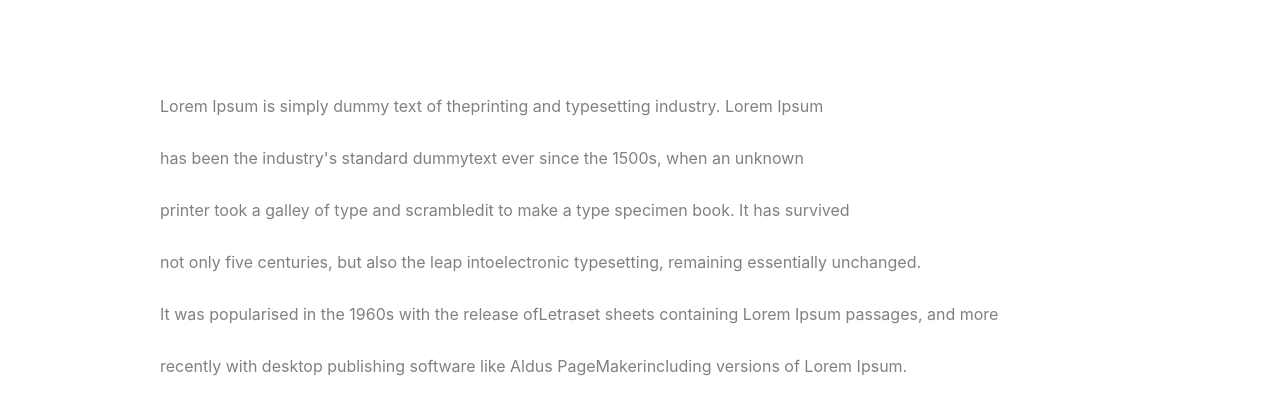
Repository: eg7eg7/Text-Play
Page: /
An editor plug-in stored every save of this project. The page is shown before and after the next save, followed by the edit.
The browser window is 1280 px wide. The pictures show the whole page.
The project was rebuilt for these pictures with package versions that can differ from the ones it lists, and the page was loaded fresh each time.

Above is the page before, as saved 2021-01-11 23:17:22.

### src/index.tsx
import React from 'react';
import ReactDOM from 'react-dom';
import './index.css';
import { TextPlay } from './TextPlay';
import reportWebVitals from './reportWebVitals';

ReactDOM.render(
  <React.StrictMode>
    <TextPlay />
  </React.StrictMode>,
  document.getElementById('root')
);

// If you want to start measuring performance in your app, pass a function
// to log results (for example: reportWebVitals(console.log))
// or send to an analytics endpoint. Learn more: https://bit.ly/CRA-vitals
reportWebVitals();

### src/TextPlay.tsx
import React, { Component } from 'react';
import './TextPlay.css';
type TextState = {
    text: Map<string, number>
    textState: number;
    defaultState: number;
}
export class TextPlay extends Component<{}, TextState> {
    tick() {
        const textMap = new Map();
        textMap.set("Lorem Ipsum is simply dummy text of the", 1);
        textMap.set("printing and typesetting industry. Lorem Ipsum", 2);
        textMap.set("has been the industry's standard dummy ", 3);
        textMap.set("text ever since the 1500s, when an unknown ", 4);
        textMap.set("printer took a galley of type and scrambled ", 1);
        textMap.set("it to make a type specimen book. It has survived", 1);
        textMap.set("not only five centuries, but also the leap into ", 3);
        textMap.set("electronic typesetting, remaining essentially unchanged. ", 1);
        textMap.set("It was popularised in the 1960s with the release of ", 3);
        textMap.set("Letraset sheets containing Lorem Ipsum passages, and more ", 2);
        textMap.set("recently with desktop publishing software like Aldus PageMaker ", 1);
        textMap.set("including versions of Lorem Ipsum.", 1);
        this.setState({
            defaultState: 0,
            textState: 0,
            text: textMap
        });
    }

    componentWillMount() {
        this.tick();
    }

    componentDidMount() {
        this.tick();
    }

    createTextDivs(): React.ReactNode  {
        const values = [];
        let keys = Array.from(this.state.text.keys());
        for(var string of keys) {
            const value = this.state.text.get(string) || this.state.defaultState;
            values.push(<div className="textBlock" onMouseEnter={() => this.setState({ textState: value }) }>
            {
              this.state.textState === value ? (
                <p className="bold">{string}</p>
              ) : (
                <p className="hide">{string}</p>
              )
            }
          </div>);
        };
        return values;
    }
    render() {
        console.log(this.state.textState);;
        return <div className="TextPlay">{this.createTextDivs()}</div>
      }
}

### src/TextPlay.css

p.hide {
    color:grey;
}
p.bold {
    font-weight: bold;
    color:black;
}

p {
    /* width:18em; */
    text-align:justify;
}
div.textBlock {
    float: left;
}
/* .textBlock {
    clear: left;
    display:inline-block;
    margin-top: 0em;
} */
.TextPlay {
    display: block;
    margin-top: 2em;
    margin-bottom: 5em;
    margin-left: 10em;
    /* display:inline-block; */
    margin-right: 10em;
}

Loaded but not shown: public/index.html (common file); src/index.css (common file); src/reportWebVitals.ts (common file)

After the next save:
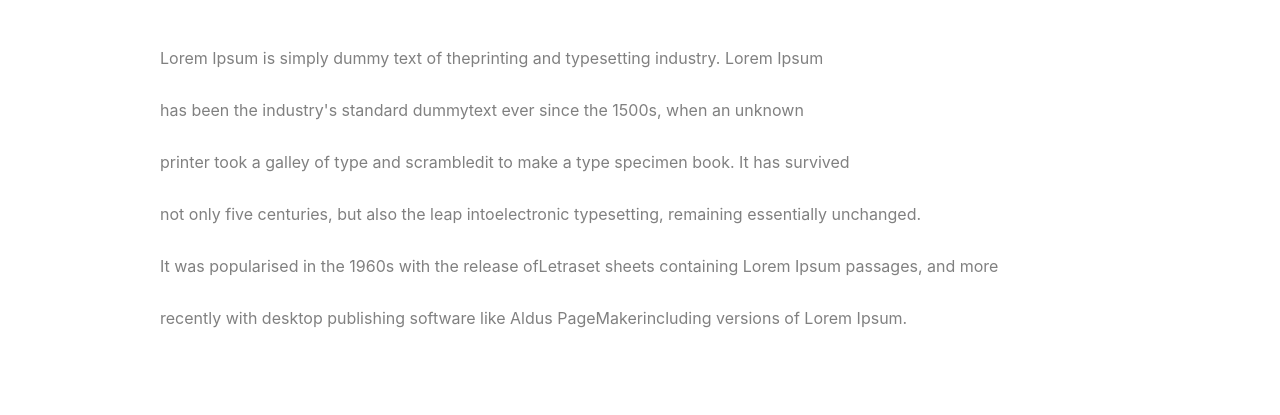
Saved 39 s later.
--- a/src/TextPlay.css
+++ b/src/TextPlay.css
@@ -20,10 +20,9 @@ div.textBlock {
     margin-top: 0em;
 } */
 .TextPlay {
-    display: block;
     margin-top: 2em;
     margin-bottom: 5em;
     margin-left: 10em;
-    /* display:inline-block; */
+    display:inline-block;
     margin-right: 10em;
 }
